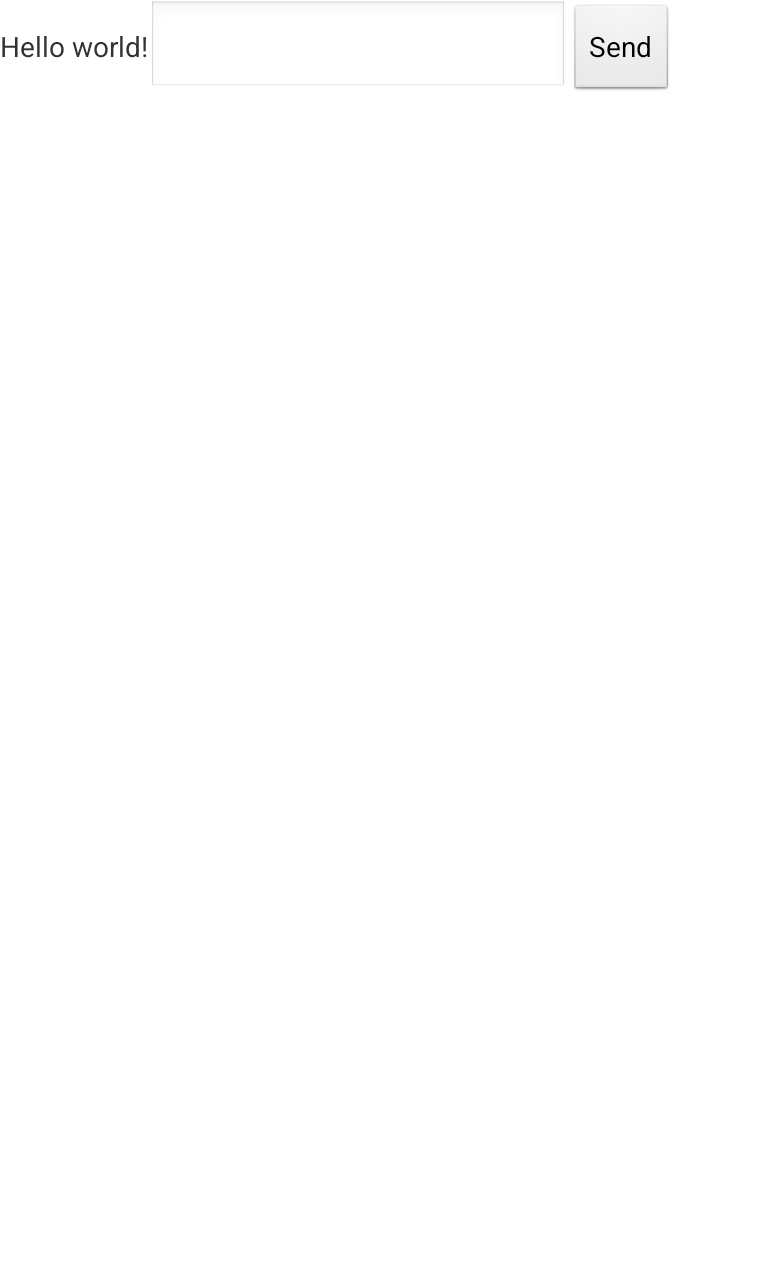
Repository: Shadow55AA/Archive-Android
Layout: SocketsClient/SocketsClient/res/layout/activity_sockets_client.xml
These files come from the project's save history. The layout is drawn as it stood at one moment and after the next save; the edit follows.
It is drawn on a 768 x 1280 px phone screen (xhdpi) without system bars, with theme AppTheme; the app's code is not run.

Above is the layout before, as saved 2012-08-31 22:45:10.

After the next save:
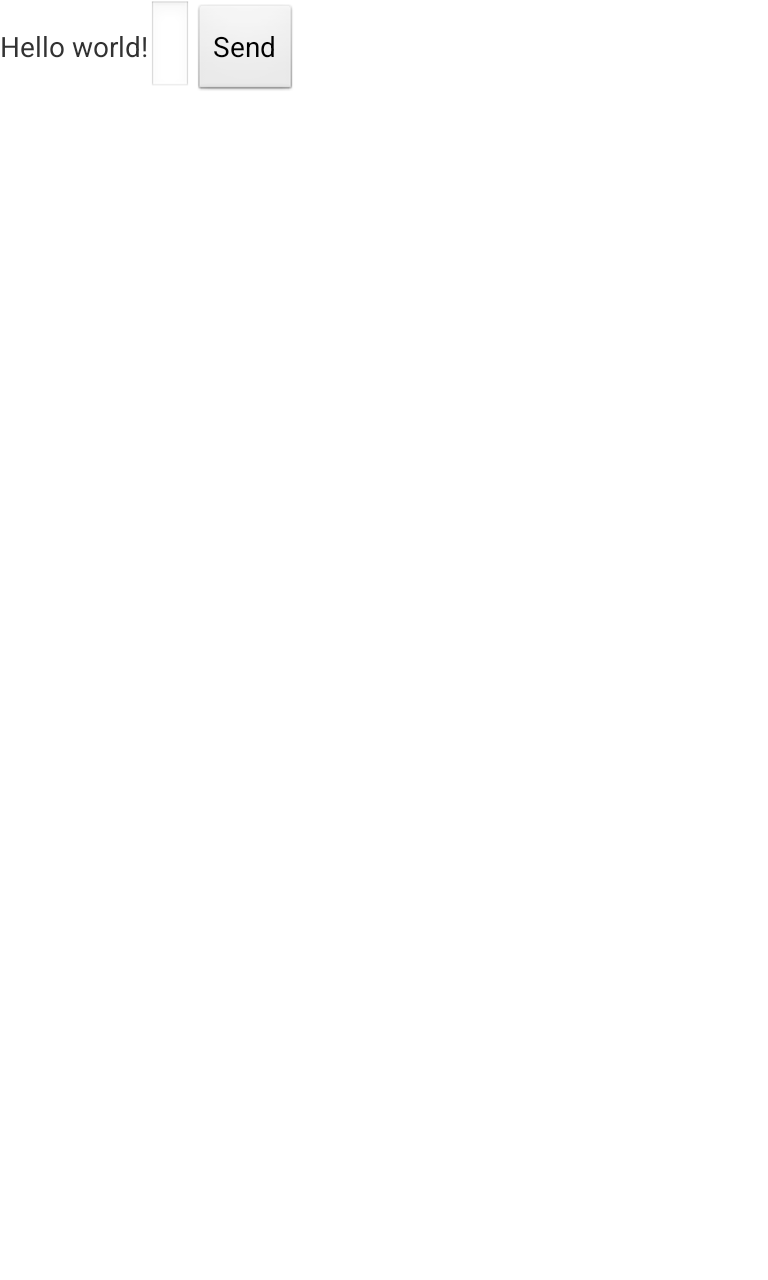
Saved 38 s later.
--- a/SocketsClient/SocketsClient/res/layout/activity_sockets_client.xml
+++ b/SocketsClient/SocketsClient/res/layout/activity_sockets_client.xml
@@ -14,7 +14,6 @@
         android:id="@+id/outtext"
         android:layout_width="wrap_content"
         android:layout_height="wrap_content"
-        android:ems="10"
         android:inputType="text" />
 
     <Button
